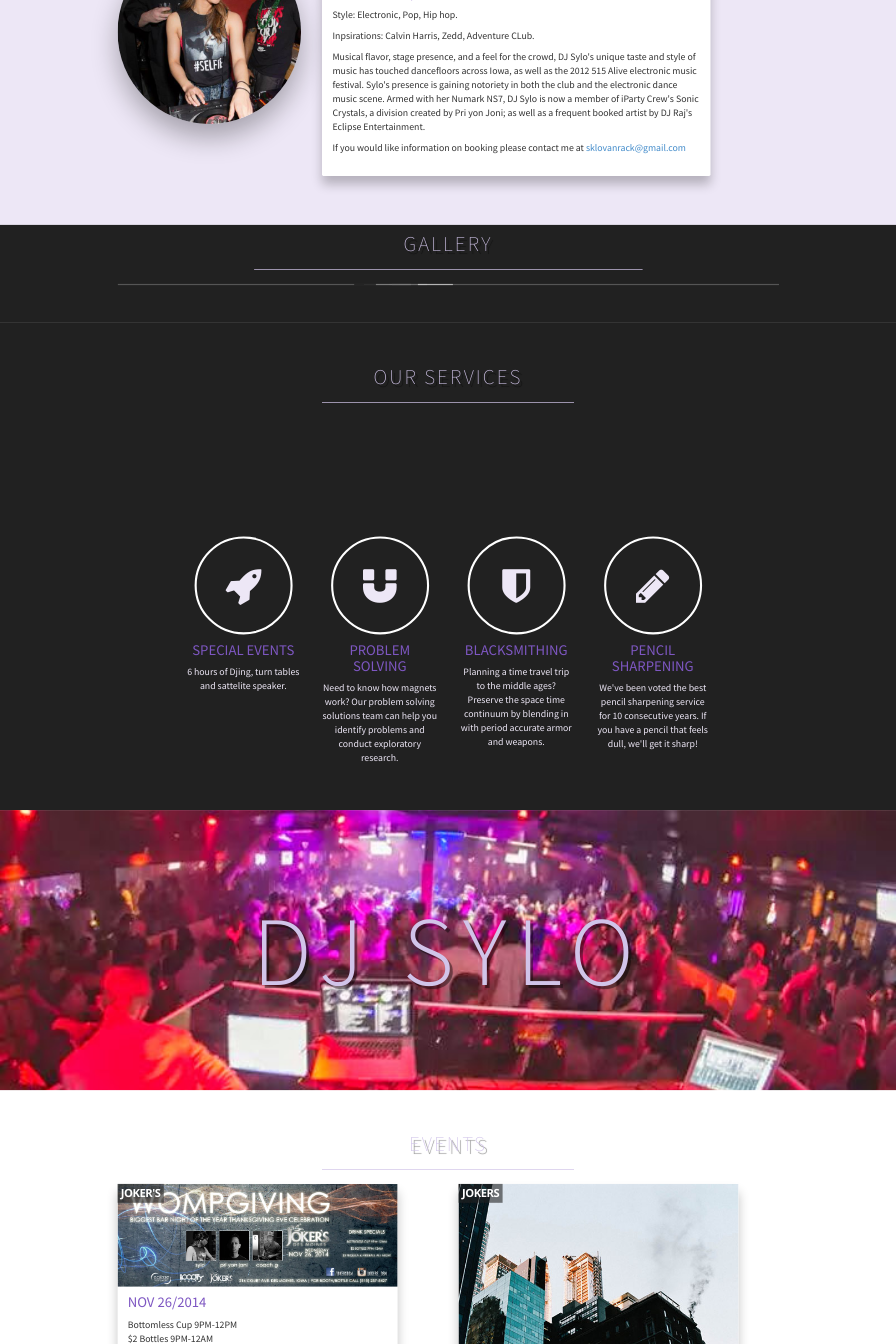
Repository: BambooXLotus/DjSylo
Page: client/index.html
The author's editor kept a record of every edit. The page is drawn from the files as they stood at one moment, then again after the next edit.
The browser window is 1280 px wide. The pictures show the part of the page from y = 856 to 2776 px (the page is 4158 px tall before and 4188 px after), at 70% of full size.
Pictures or frames that could not be fetched are drawn as grey boxes. Some icons come from a web library that is not loaded, so they are not drawn. Backgrounds fixed to the window are drawn as part of the page. Some web libraries are served in a nearby version.

Above is the page before.

After the next edit:
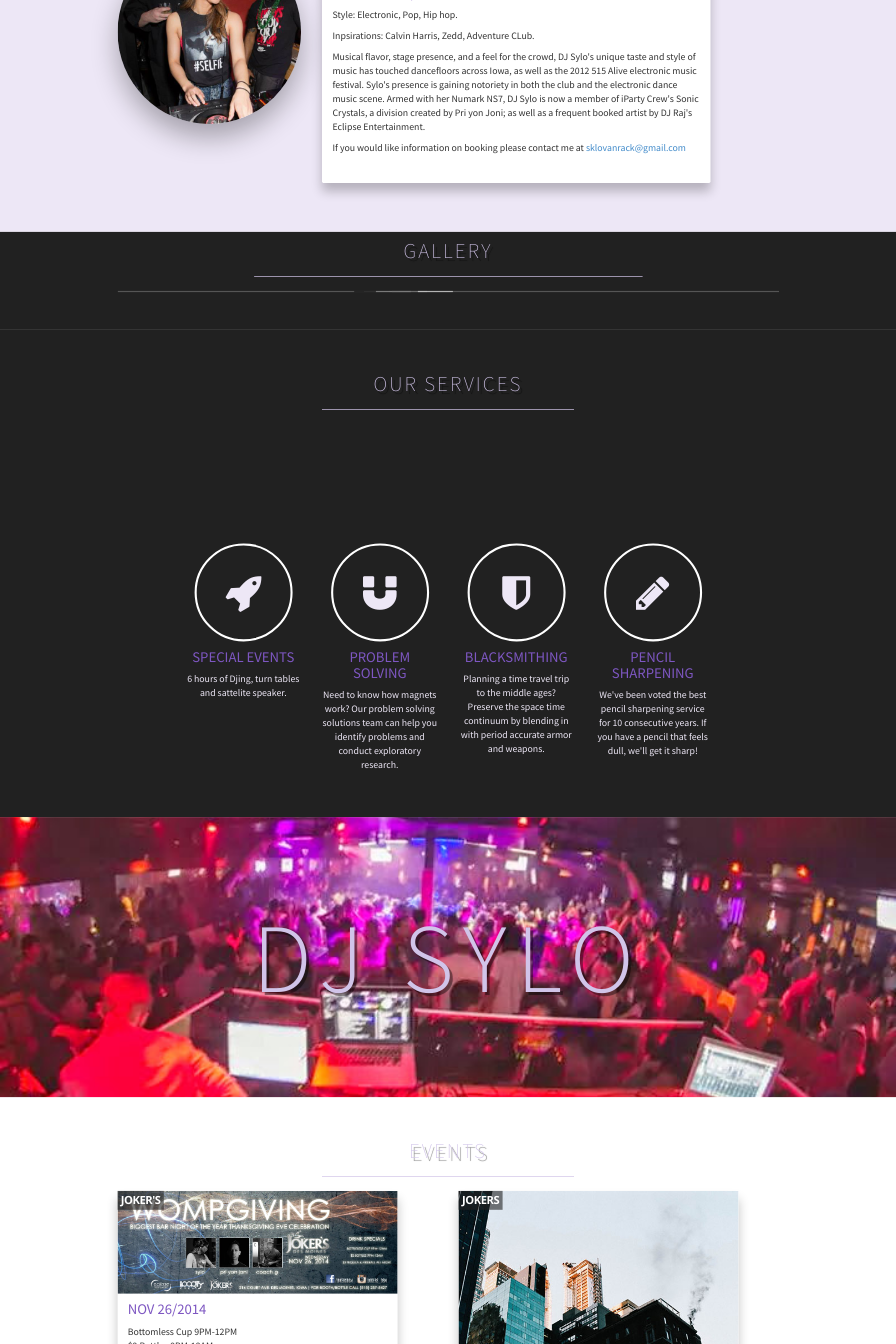
The edit:
--- a/client/css/stylish-portfolio.css
+++ b/client/css/stylish-portfolio.css
@@ -351,7 +351,8 @@
 }
 .panel-body {
   padding: 0px 15px;
-  padding-bottom: 20px;
+  padding-bottom: 30px;
+  background:transparent;
 }
 .card-heading {
   border-radius: 0;
